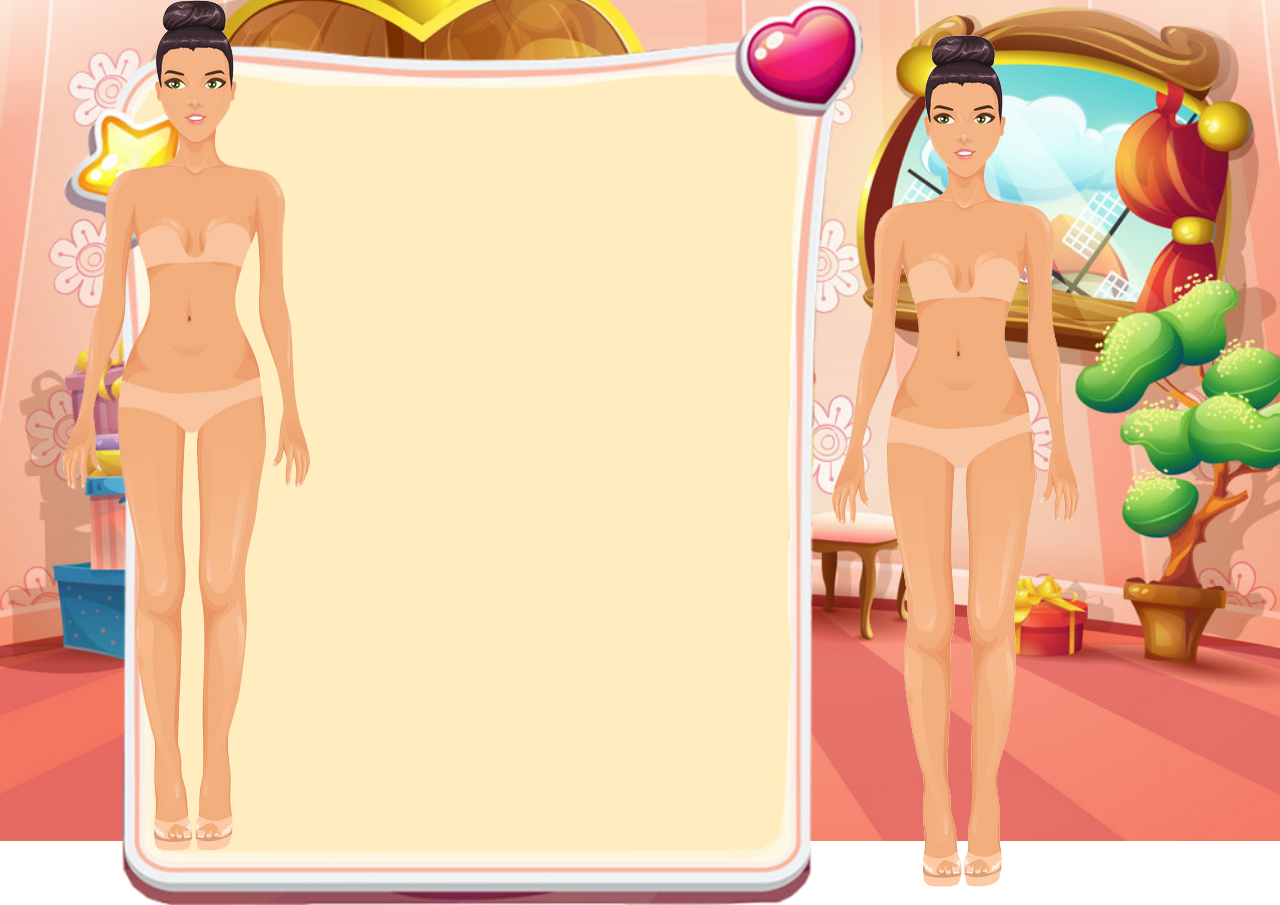
Repository: bunbubam/GameThayDoReactjs_NguyenKhacNghia
Page: /
The author's editor kept a copy of each file at every save. The page is drawn from the files as they stood at one save, then again after the next save.
The browser window is 1280 px wide. The pictures show the whole page.
The project was rebuilt for these pictures with package versions that can differ from the ones it lists, and the page was loaded fresh each time.

Above is the page before, as saved 2022-03-30 15:34:41.

After the next save:
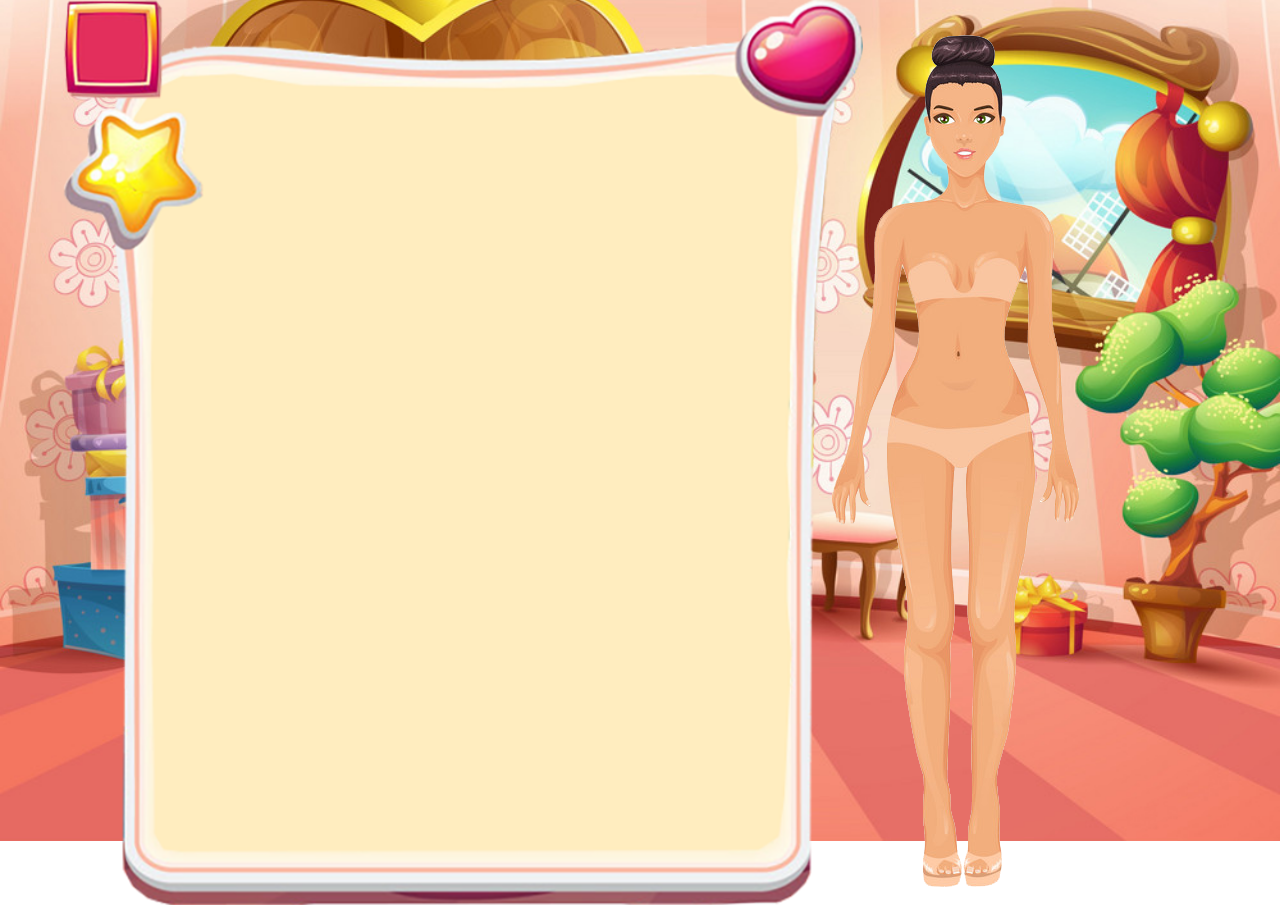
Saved 14 s later.
--- a/src/gamethaydo/dress.js
+++ b/src/gamethaydo/dress.js
@@ -33,7 +33,7 @@ changeClothing = (imgs) => {
                             <div className='clothing-box ml-md-5'>
                                 <div className='row'>
                                     <div className='col-12 col-xl-4'>
-                                        <img onClick={()=>this.changeClothing(Clothing1)} src={require('./images/girl.png')} className='img-fluid'/>
+                                        <img onClick={()=>this.changeClothing(Clothing1)} src={require('./images/menu.png')} className='img-fluid'/>
                                     </div>
                                 </div>
                             </div>
